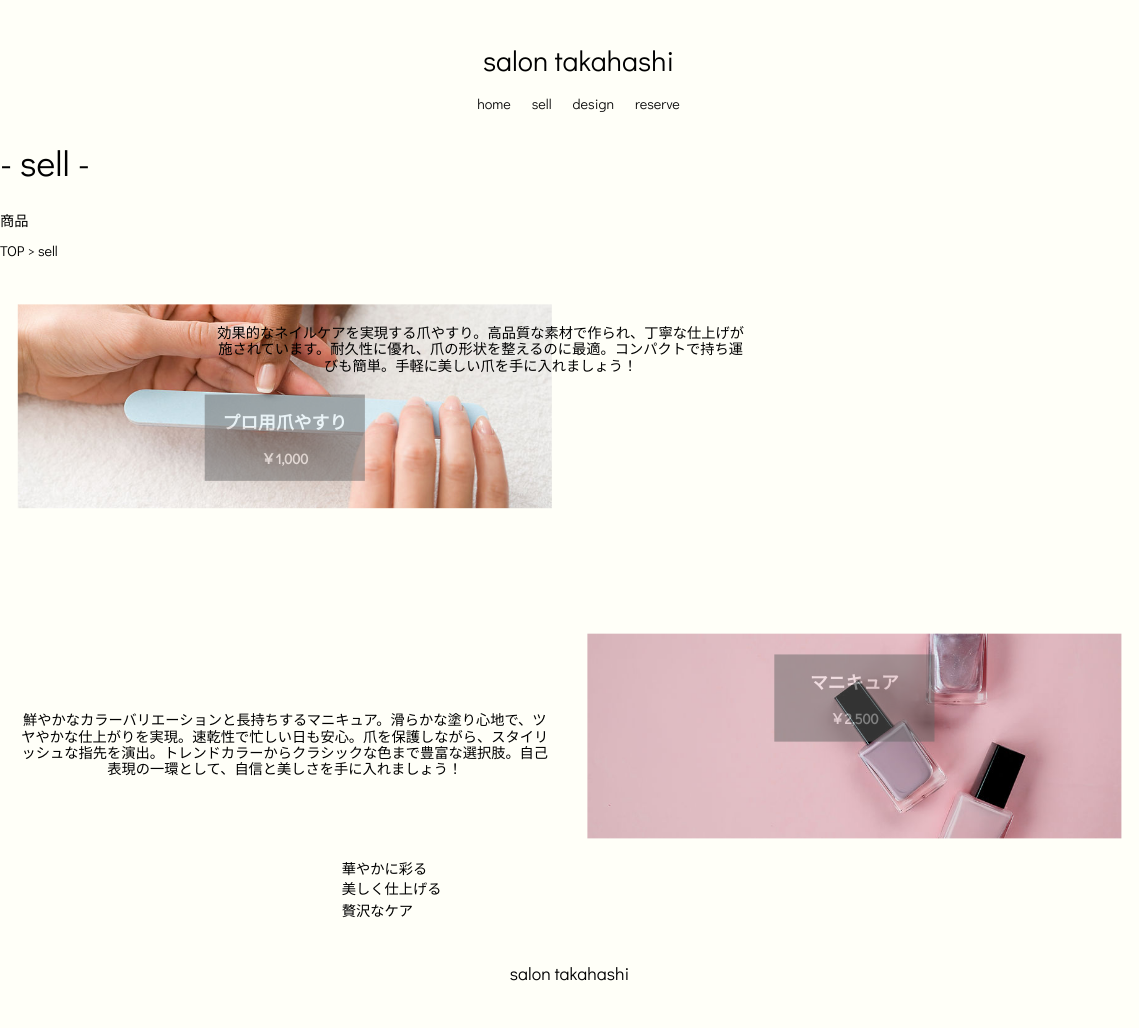
Repository: yukitakahashi1002/salontakahashi-
Page: sell.html
An editor plug-in stored every save of this project. The page is shown before and after the next save, followed by the edit.
The browser window is 1280 px wide. The pictures show the whole page, at 89% of full size.

Above is the page before, as saved 2023-08-02 02:29:52.

### sell.html
<!DOCTYPE html>
<html>
<head>
    <title>Salon Takahashi - sell 商品 -</title>
    <meta charset="utf-8">
    <meta name="description" content="サロンタカハシの販売商品です">
    <meta name="viewport" content="width=device-width, initial-scale=1.0">
    <link rel="stylesheet" href='https://fonts.googleapis.com/css?family=Didact Gothic'>
    <link rel="stylesheet" href="css/normalize.css">
    <link rel="stylesheet" href="css/style.css">
</head>
<body>
    <!-- ヘッダー -->
    <header>
        <!-- サイトタイトル -->
        <h1>salon takahashi</h1>

        <!-- PC用ナビゲーション -->
        <nav id="nav-pc">
            <a href="/">home</a>
            <a href="sell.html">sell</a>
            <a href="design.html">design</a>
            <a href="reserve.html">reserve</a>
        </nav>
    </header>
    <main>
        <article>
            <!-- menu -->
            <section id="sell">
                <div class="sell-title">
                    <h2>- sell -</h2>
                    <p>商品</p>
                    <div>TOP > sell</div>
                </div>
                <div id="menu-flex">
                    <div class="menu-flex-left">
                        <img id="menu-photo1" src="images/5bf6e16609554325bf973714113b2404.jpg" alt="プロ用爪やすり">
                        <div class="placebox-left">
                            <h3>プロ用爪やすり</h3>
                            <p>￥1,000</p>
                        </div>
                        <div class="sell-description-left">
                            <p>
                                鮮やかなカラーバリエーションと長持ちするマニキュア。滑らかな塗り心地で、ツヤやかな仕上がりを実現。速乾性で忙しい日も安心。爪を保護しながら、スタイリッシュな指先を演出。トレンドカラーからクラシックな色まで豊富な選択肢。自己表現の一環として、自信と美しさを手に入れましょう！
                            </p>
                        </div>
                    </div>
                    <div class="menu-flex-right">
                        <img id="menu-photo2" src="images/11062b_7d27fc5c07e74960b3757fe48325ce2c~mv2_d_6240_4160_s_4_2.jpg" alt="マニュキュア" >
                        <div class="placebox-right">
                            <h3>マニキュア</h3>
                            <p>￥2,500</p>
                        </div>
                        <div class="sell-description-right">
                            <p>
                                効果的なネイルケアを実現する爪やすり。高品質な素材で作られ、丁寧な仕上げが施されています。耐久性に優れ、爪の形状を整えるのに最適。コンパクトで持ち運びも簡単。手軽に美しい爪を手に入れましょう！
                            </p>
                       </div>
                    </div>
                </div>
                <div class="menu-foot">
                    <p> 華やかに彩る</p>
                    <p> 美しく仕上げる</p>
                    <p> 贅沢なケア</p>
                </div>
            </section>
        </article>
        <footer>
            <div>

            </div>
        </footer>
    </main>
</body>
<footer>
    <p>salon takahashi</p>
</footer>
</html>

### css/style.css
@charset "utf-8";

/*
* *********************************
*　ページ全体に関わるのCSS設定
* *********************************
*/
html *,
::before,
::after {
    box-sizing: border-box;
}

html {
    font-size: 14px;
}
@media (min-width: 768px)  {
    html {
        font-size: 16px;
    }
}

body {
    font-family: 'Didact Gothic', sans-serif;
    background-color: #FFFFF8;
}

/* 標準的なリンクのテキストの色 */
a {
    color: #f30;
}



/*=============
PC用のスタイル
==============*/
/* 横幅設定 */
body {
    max-width: 1800px;
    min-width: 960px;
    margin: 0 auto 0 auto;
}

/* ヘッダー */
header {
    text-align: center;
    margin-top: 50px;
}
header > h1 {
    margin-left: 20px;
    font-weight: normal;
}

/* ナビゲーションのレイアウト */
#nav-pc > a:link {
    text-decoration: none;
    margin-left: 20px;
    color: #0d0d0d;
}

#nav-pc > a:visited {
    color: #0d0d0d;
}

#nav-pc > a:hover {
    color: #0d0d0d;
    text-decoration: underline;
}

#nav-pc > a:active {
    color: #0d0d0d;
}

/* メインビジュアル */
#main-visual {
    text-align: center;
}

#main-message > h1 {
    font-size: 60px;
    margin: 100px auto 0 auto;
    font-weight: normal;
}
#main-message > p {
    font-size: 20px;
}

#main-visual > img {
    margin: 80px auto 0 auto;
}

/* 見出し */
.section-title {
    text-align: center;
}
.section-title > P {
    margin-top: -20px;
}


h2 {
    font-weight: normal;
    font-size: 40px;
}

h3 {
    font-size: 20px;
}

/* メニュー */
#menu {
    margin: 100px auto 80px auto;
    width: 100%;
}

#menu-flex {
    width: 100%;
    display: flex;
}

#menu-flex > div {
    width: 50%;
    height: 600px;
    margin: 50px 20px 20px 20px;
}

.menu-flex-left {
    display: flex;
    align-items: flex-start;
    position: relative;
}

.menu-flex-left > img {
    width: 100%;
}

.placebox-left {
    width: 30%;
    position: absolute;
    top: 25%;
    left: 50%;
    -ms-transform: translate(-50%, -50%);
    -webkit-transform: translate(-50%, -50%);
    transform: translate(-50%, -50%);
    margin: 0;
    padding: 0;
    background-color: #666666;
    opacity: 0.5;
    color: #FFFFFF;
    text-align: center;
    font-weight: bold;
}

/* 商品ページの商品コメント */
.sell-description-left {
    width: 100%;
    position: absolute;
    bottom: 0;
    left: 50%;
    -ms-transform: translate(-50%, -50%);
    -webkit-transform: translate(-50%, -50%);
    transform: translate(-50%, -50%);
    margin: 0;
    padding: 0;
    text-align: center;
}

.menu-flex-right {
    display: flex;
    align-items: flex-end;
    position: relative;
}


.menu-flex-right > img {
    width: 100%;
}

.placebox-right {
    width: 30%;
    position: absolute;
    bottom: 10%;
    right: 20%;
    -ms-transform: translate(-50%, -50%);
    -webkit-transform: translate(-50%, -50%);
    transform: translate(-50%, -50%);
    margin: 0;
    padding: 0;
    background-color: #666666;
    opacity: 0.5;
    color: #FFFFFF;
    text-align: center;
    font-weight: bold;
}

/* 商品ページの商品コメント */
.sell-description-right {
    width: 100%;
    position: absolute;
    top: 50px;
    right: 20%;
    -ms-transform: translate(-50%, -50%);
    -webkit-transform: translate(-50%, -50%);
    transform: translate(-50%, -50%);
    margin: 0;
    padding: 0;
    text-align: center;
}


.menu-foot {
    text-align: left;
    width: 60%;
    margin: 0 0 0 30%;
}

.menu-foot p {
    margin: 5px 0 5px 0;
    font-size: 16px;
}

/* インフォメーション */
#information {
    margin: 100px auto 80px auto;
    width: 100%;
}

/* 表部分 */
/* height: 330px;効かない */
table {
    border-collapse:collapse;
    border-spacing: 0;
    height: 330px;
}

/* .information-table > td だと効かない */
.infomertion-left {
    width: 50%;
    height: 200px;
    background-color: #F2F2F2;
    text-align: center;
    vertical-align: center;
    line-height: 40px;
}

.infomertion-right {
    width: 50%;
    /* height: 200px; */
}

strong {
    font-size: 30px;
}

footer {
    margin: 50px auto;
    text-align: center;
}

footer p {
    font-size: 20px;
}

Loaded but not shown: css/normalize.css (library)

After the next save:
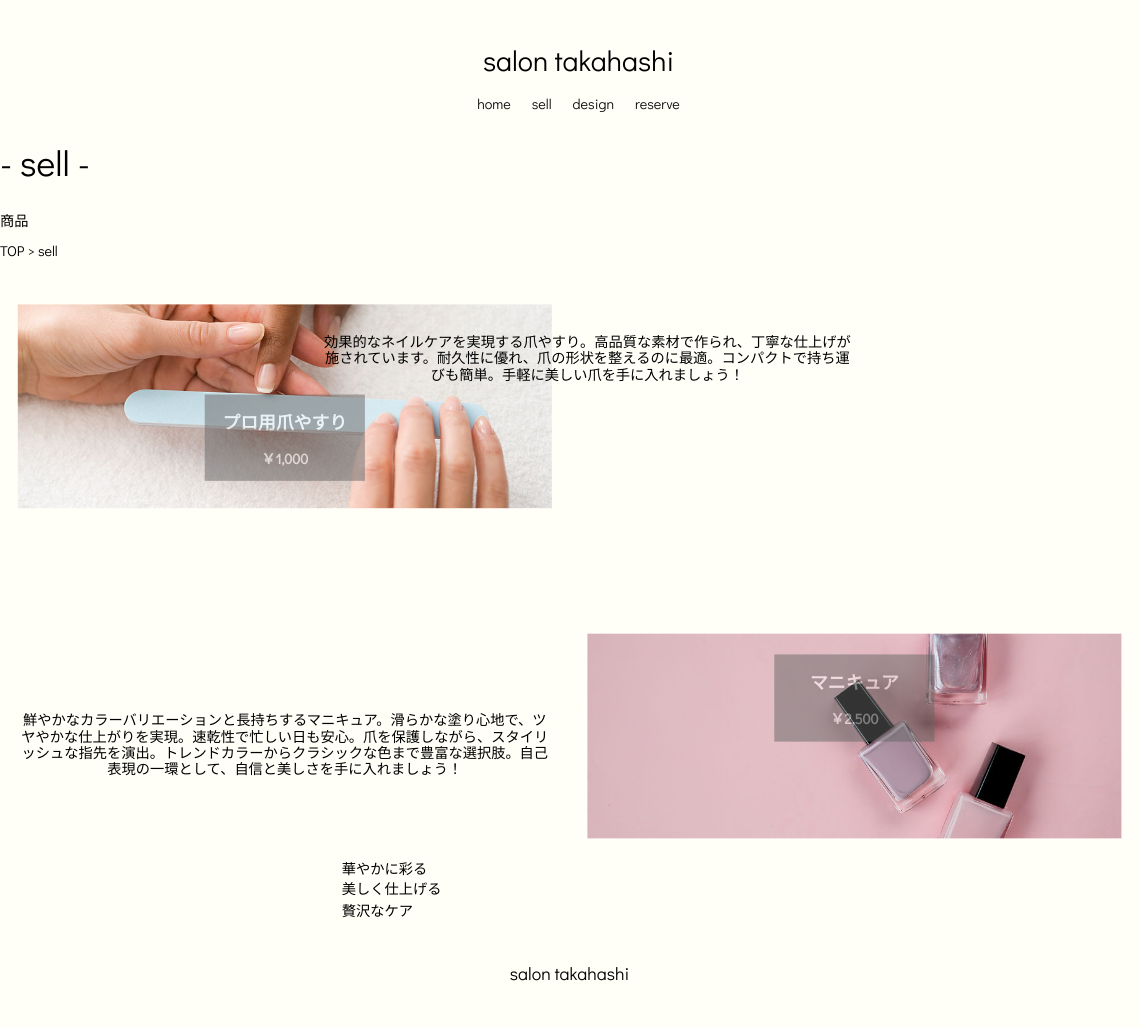
Saved 43 s later.
--- a/css/style.css
+++ b/css/style.css
@@ -198,8 +198,8 @@ h3 {
 .sell-description-right {
     width: 100%;
     position: absolute;
-    top: 50px;
-    right: 20%;
+    top: 10%;
+    right: 0;
     -ms-transform: translate(-50%, -50%);
     -webkit-transform: translate(-50%, -50%);
     transform: translate(-50%, -50%);
